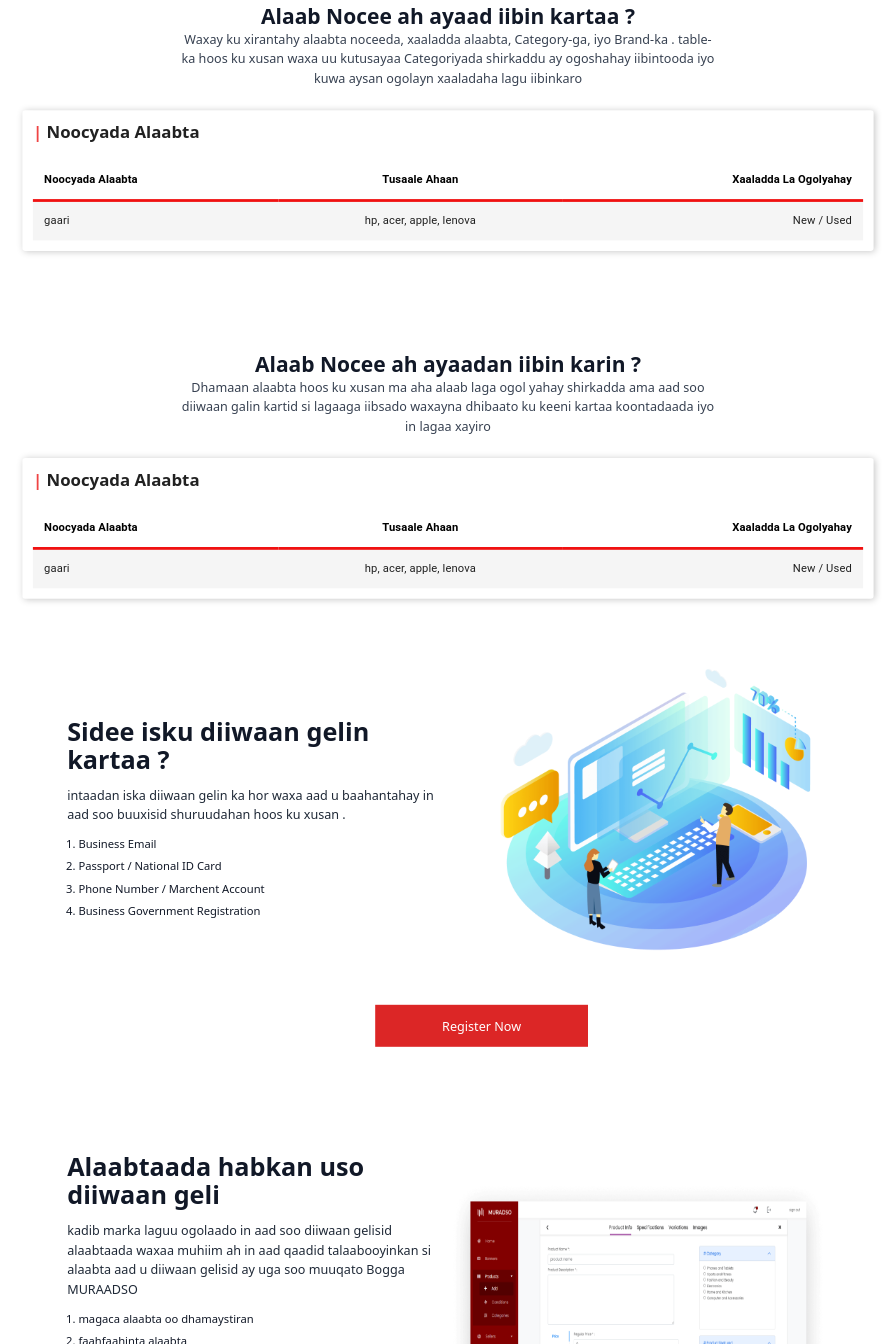
Repository: muraadso/Muraadso-Sellers
Page: /
An editor plug-in stored every save of this project. The page is shown before and after the next save, followed by the edit.
The browser window is 1280 px wide. The pictures show the part of the page from y = 2278 to 4198 px (the page is 7084 px tall before and 6974 px after), at 70% of full size.
The project was rebuilt for these pictures with package versions that can differ from the ones it lists, and the page was loaded fresh each time. The framework's server and built-in components were replaced by stand-ins that run in the browser. Also part of the build but not shown: next.config.js.

Above is the page before, as saved 2021-12-11 11:02:16.

After the next save:
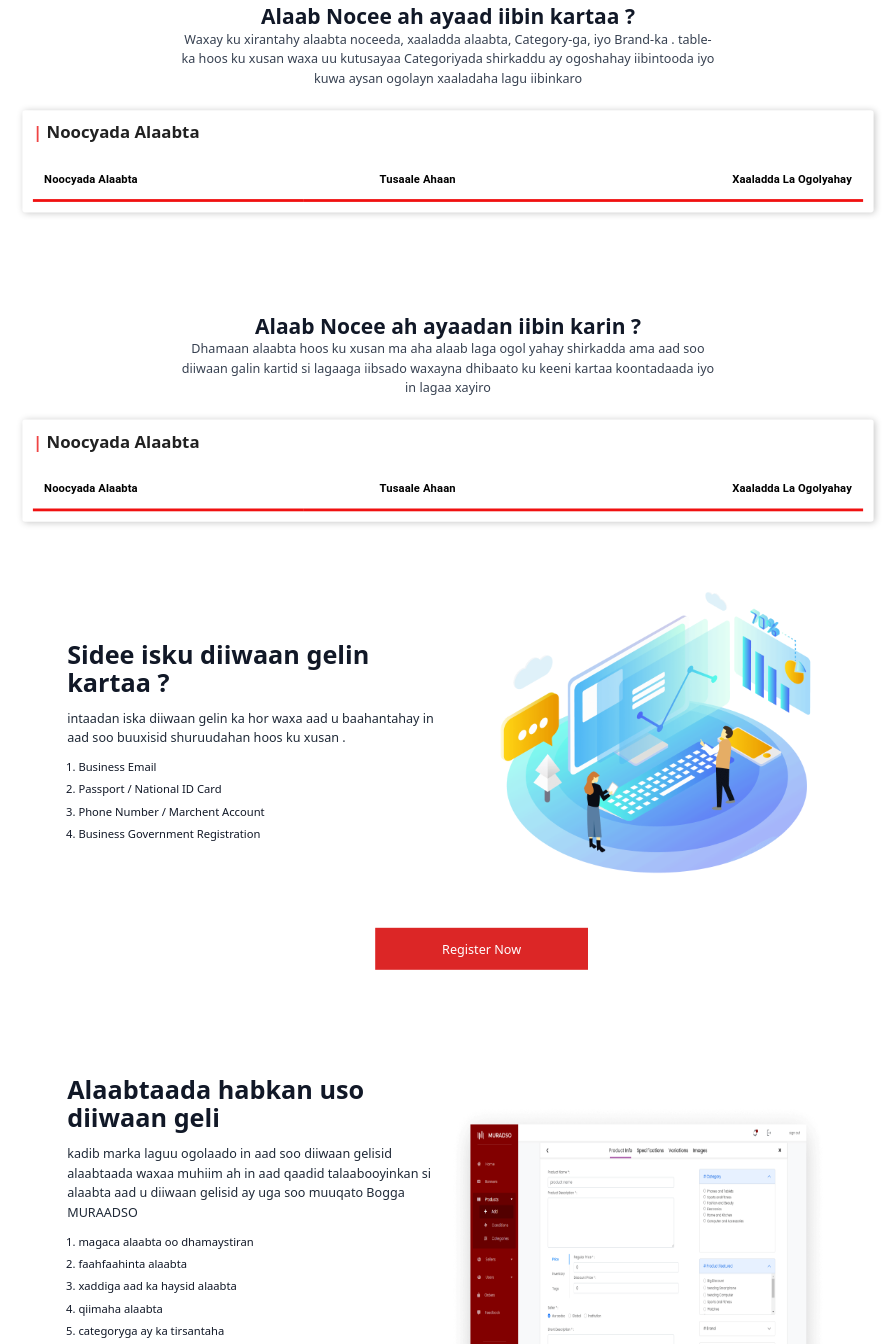
Saved 22 s later.
--- a/components/Whatsell.jsx
+++ b/components/Whatsell.jsx
@@ -44,7 +44,6 @@ function createData(noocaAlaabta, tusaale, xaaladda) {
 }
 
 const rows = [
-  createData('gaari', 'hp, acer, apple, lenova ', 'New / Used'),
 
 ];
 
